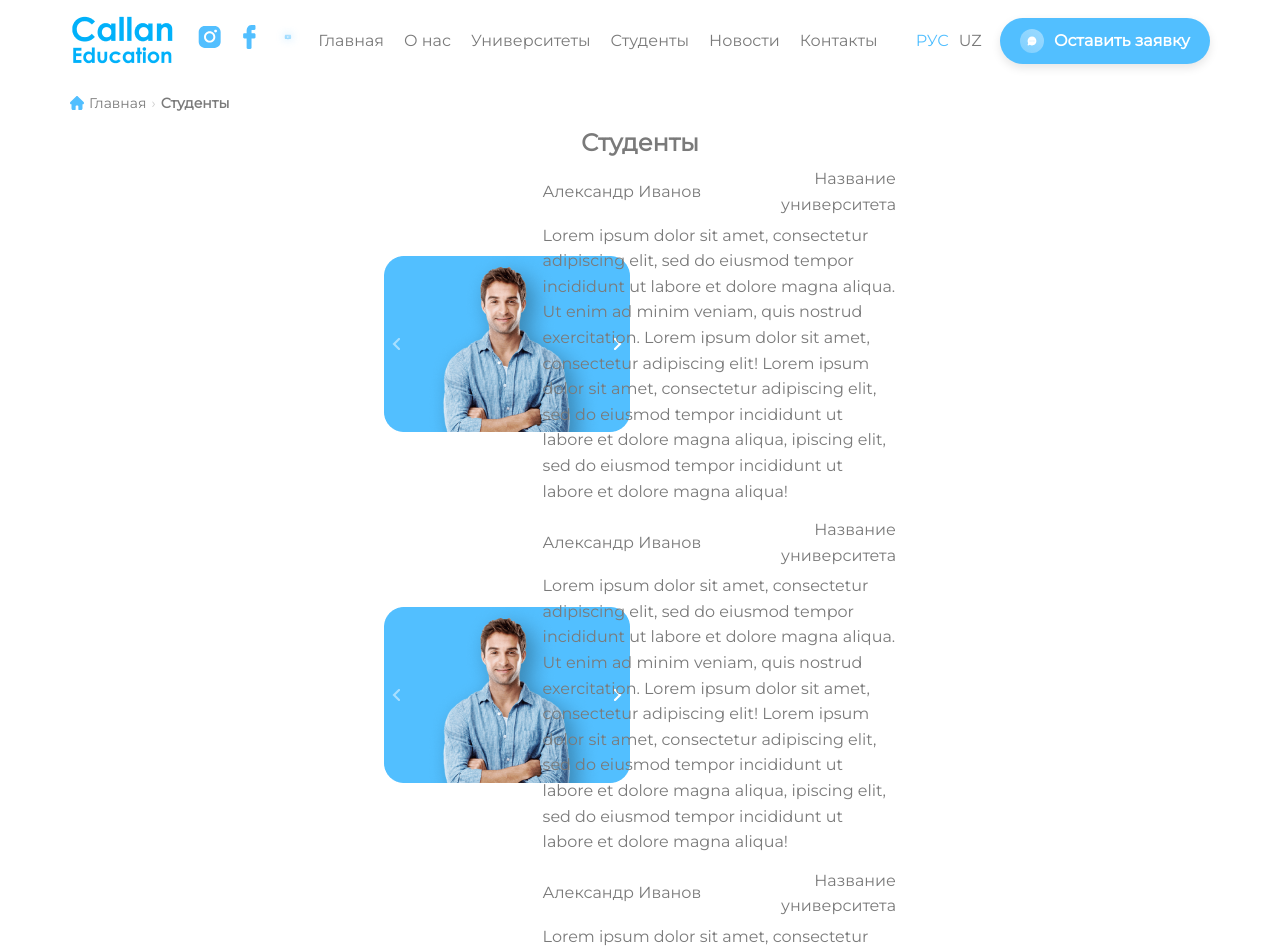
Repository: olyakorzh/Team-project-1
Page: assets/pages/students.html
The author's editor kept a copy of each file at every save. The page is drawn from the files as they stood at one save, then again after the next save.
The browser window is 1280 px wide. The pictures show the part of the page from y = 0 to 952 px (the page is 2682 px tall).
A picture or video elsewhere on the page could not be fetched, so the positions and the page height are approximate.

Above is the page before, as saved 2024-12-08 11:34:24.

After the next save:
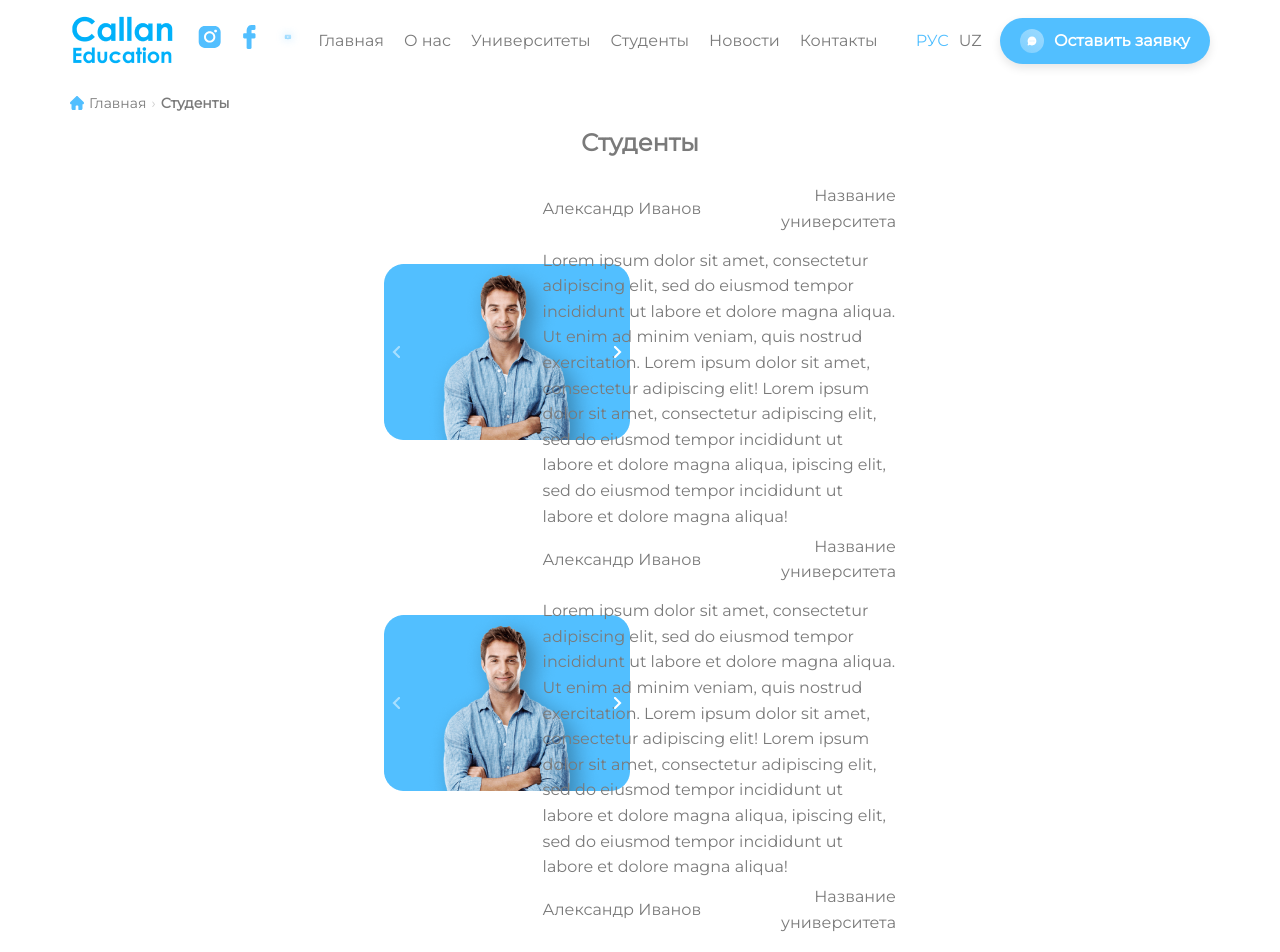
Saved 28 s later.
--- a/assets/styles/students.css
+++ b/assets/styles/students.css
@@ -192,7 +192,7 @@
   .containerstudent{
     display: grid;
     grid-template-columns: 30% 1fr 1fr;
-    grid-template-rows: 10% 1fr;
+    grid-template-rows: 20% 1fr;
     gap: 5px 5px;
     align-items: center;
     width: 40%;
